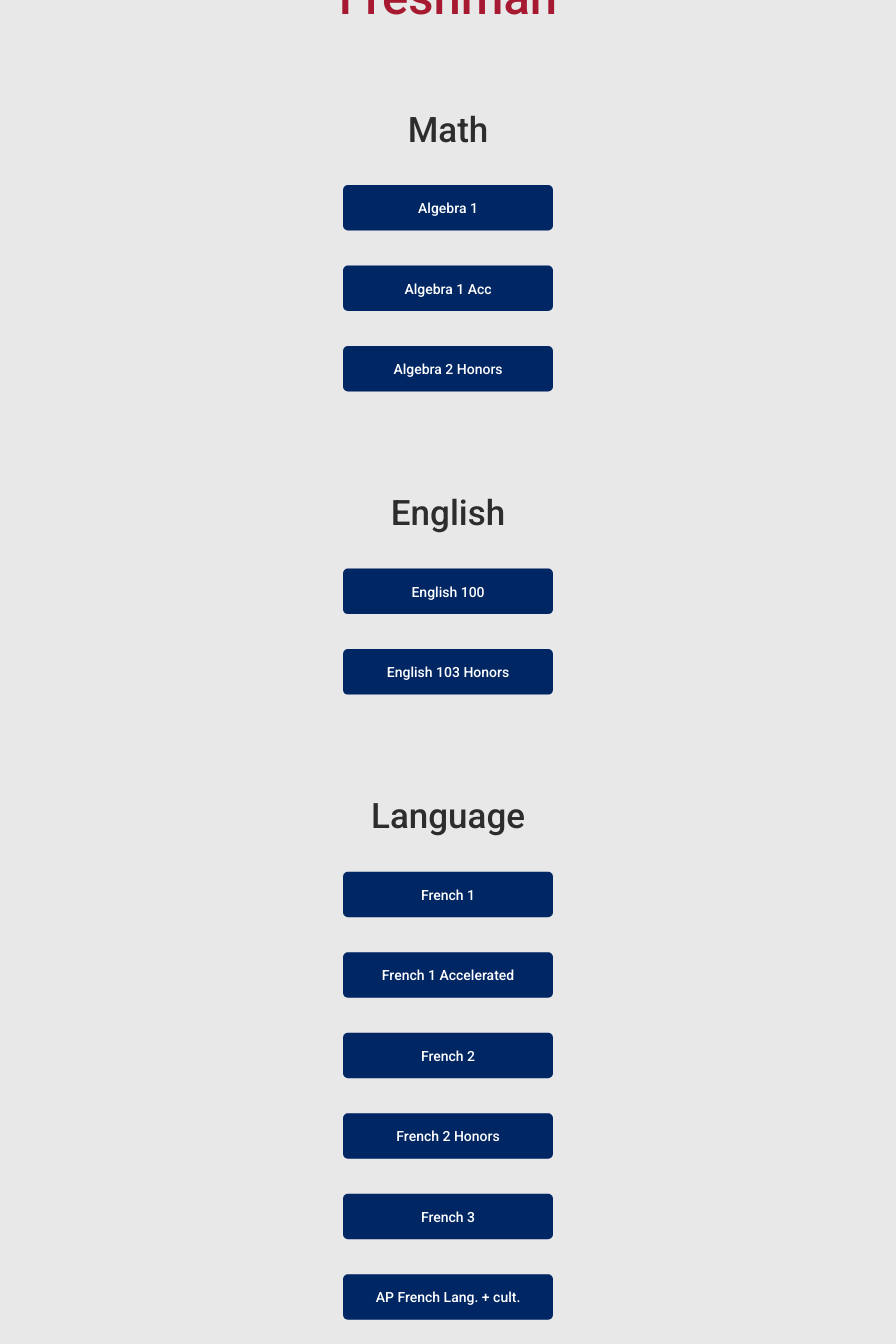
Repository: BuddyBob/si_course_selection
Page: /#/yearTwo
These files come from the project's save history. The page is drawn as it stood at one moment and after the next save; the edit follows.
The browser window is 1280 px wide. The pictures show the part of the page from y = 325 to 2245 px (the page is 3505 px tall before and 2905 px after), at 70% of full size.
The project was rebuilt for these pictures with package versions that can differ from the ones it lists, and the page was loaded fresh each time. Also part of the build but not shown: src/components/CurrentYear.js, src/getLocalStorage.js, src/Home.js, src/components/AllYears/YearFour.js, src/components/AllYears/YearOne.js, src/components/AllYears/YearThree.js.

Above is the page before, as saved 2023-01-04 10:28:08.

After the next save:
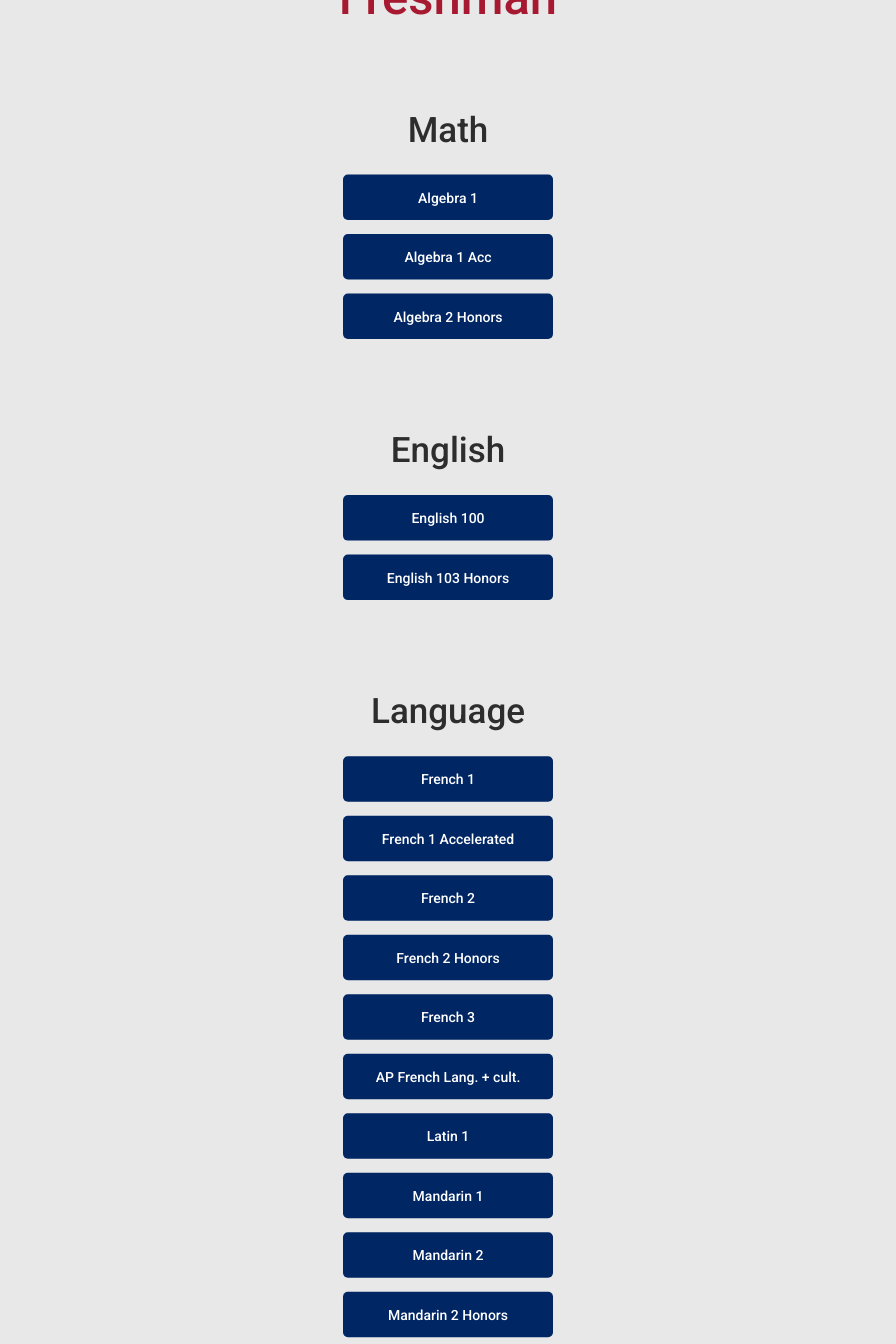
Saved 6 s later.
--- a/src/components/courseSelection.css
+++ b/src/components/courseSelection.css
@@ -82,7 +82,7 @@
     text-align: center;
     font-size: 20px;
     font-weight: 30px;
-    margin: 25px;
+    margin: 10px;
 }
 
 .course_btn:hover{

After the save that followed:
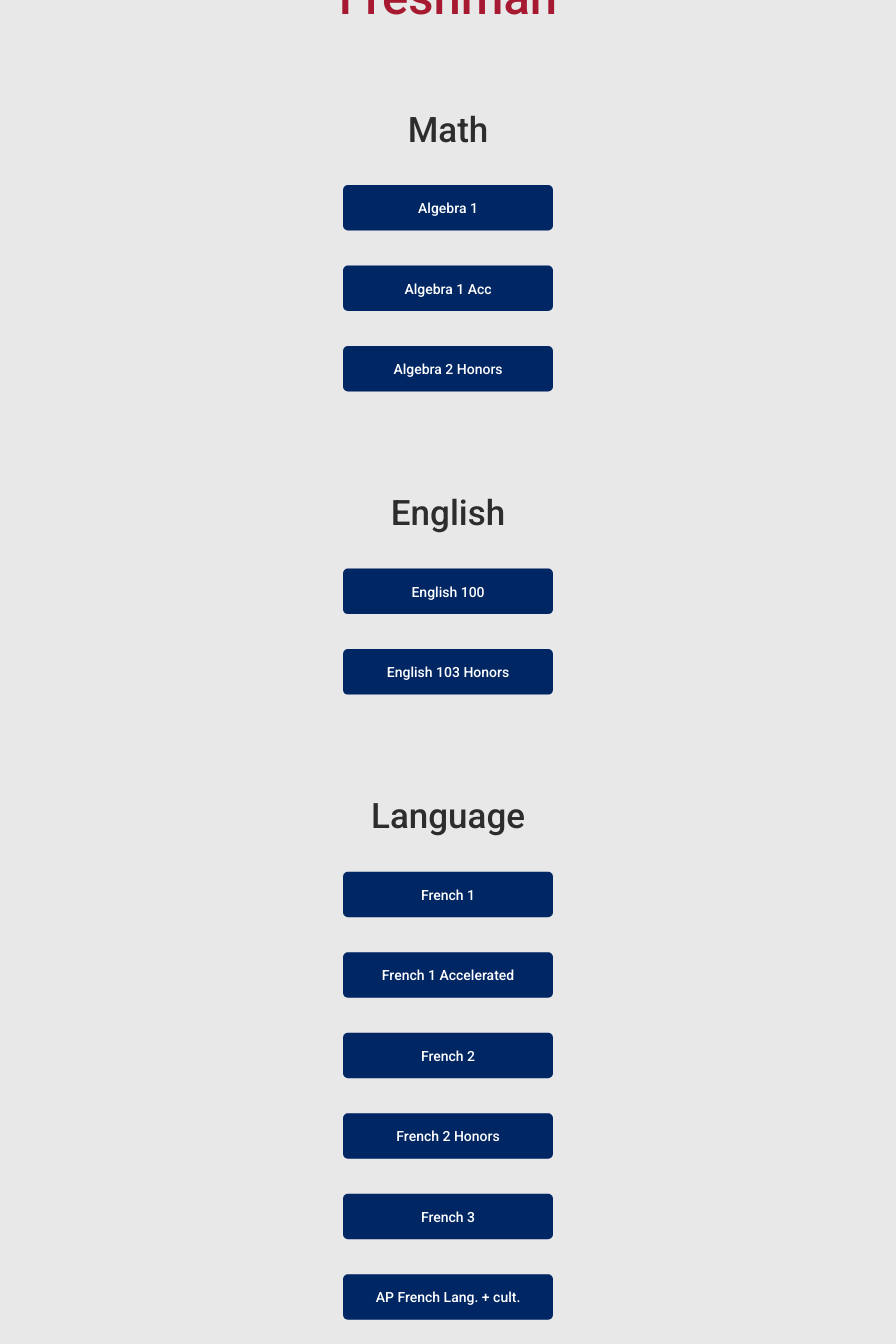
Saved 26 s later.
--- a/src/components/courseSelection.css
+++ b/src/components/courseSelection.css
@@ -82,7 +82,7 @@
     text-align: center;
     font-size: 20px;
     font-weight: 30px;
-    margin: 10px;
+    margin: 25px;
 }
 
 .course_btn:hover{
